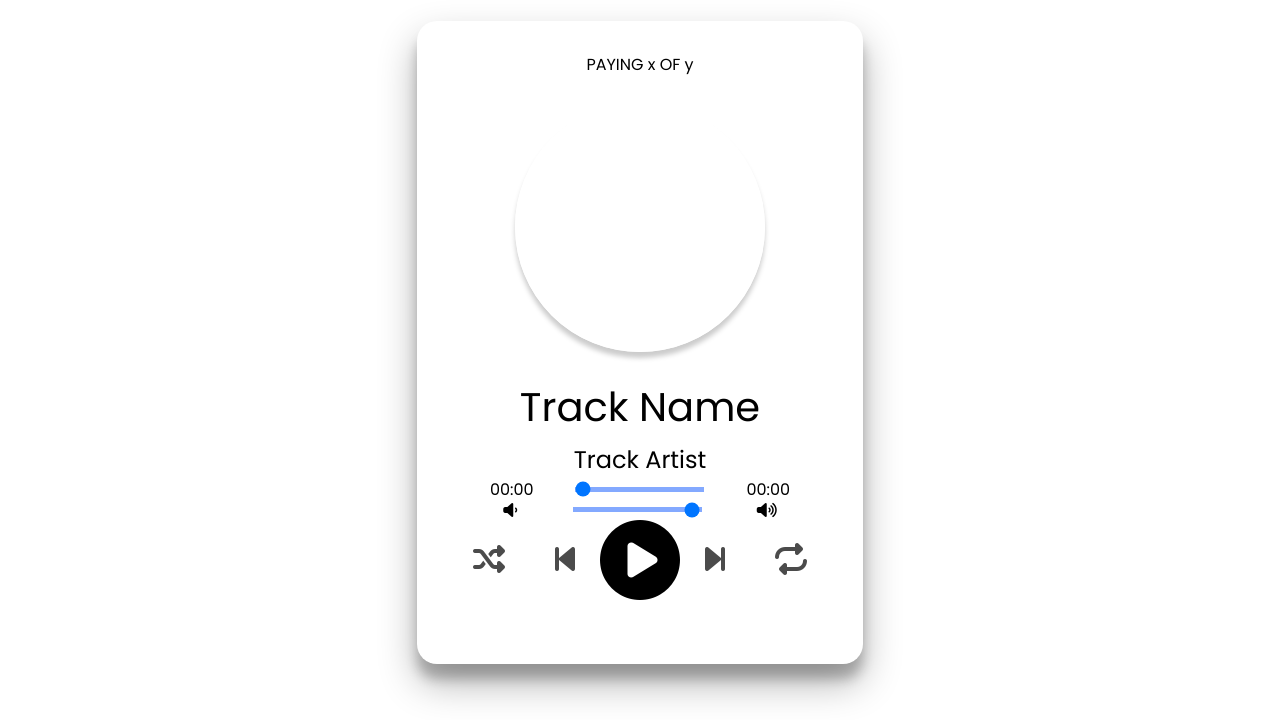
Repository: NguyenVietPhuQuy/Javascript-AudioPlayer
Page: index.html
An editor plug-in stored every save of this project. The page is shown before and after the next save, followed by the edit.
The browser window is 1280 px wide. The pictures show the whole page.

Above is the page before, as saved 2022-11-09 08:46:25.

### index.html
<!DOCTYPE html>
<html lang="en">
<head>
    <meta charset="UTF-8">
    <meta http-equiv="X-UA-Compatible" content="IE=edge">
    <meta name="viewport" content="width=device-width, initial-scale=1.0">
    <title>Music Player</title>
    <!--Font-Awesome-->
    <link rel="stylesheet" href="https://cdnjs.cloudflare.com/ajax/libs/font-awesome/6.2.0/css/all.min.css">
    <!--Css-->
    <link rel="stylesheet" href="index.css">
</head>
<body>
    <div class="player">
        <div class="wrapper">
            <div class="details">
                <div class="now-playing">PAYING x OF y</div>
                <div class="track-art"></div>
                <div class="track-name">Track Name</div>
                <div class="track-artist">Track Artist</div>
            </div>

            <div class="slider_container">
                <div class="current-time">00:00</div>
                <input type="range" min="1" max="100" value="0"
                class="seek_slider" onchange="seekTo()">
                <div class="total-duration">00:00</div>
            </div>

            <div class="slider_container">
                <i class="fa fa-volume-down"></i>
                <input type="range" min="1" max="100" value="99"
                class="volume_slider" onchange="setVolume()">
                <i class="fa fa-volume-up"></i>
            </div>

            <div class="buttons">
                <div class="random-track">
                    <i class="fas fa-random fa-2x" title="random"
                    onclick="randomTrack()"></i>
                </div>

                <div class="prev-track">
                    <i class="fas fa-step-backward fa-2x"
                    onclick="prevTrack()"></i>
                </div>

                <div class="playePause-track">
                    <i class="fas fa-play-circle fa-5x"
                    onclick="playPauseTrack()"></i>
                </div>

                <div class="next-track">
                    <i class="fas fa-step-forward fa-2x"
                    onclick="nextTrack()"></i>
                </div>

                <div class="repeat-track">
                    <i class="fas fa-repeat fa-2x" title="repeat"
                    onclick="repeatTrack()"></i>
                </div>
            </div>

            <div id="wave">
                <span class="stroke"></span>
                <span class="stroke"></span>
                <span class="stroke"></span>
                <span class="stroke"></span>
                <span class="stroke"></span>
                <span class="stroke"></span>
                <span class="stroke"></span>
            </div>
        </div>
    </div>
    <!--Main-->
    <script src="index.js"></script>
</body>
</html>

### index.css
/*Font Google and base*/
@import url('https://fonts.googleapis.com/css2?family=Poppins&display=swap');
*{
    font-family: 'Poppins',sans-serif;
    box-sizing: border-box;
    margin: 0 auto;
}
img{
    width: 100%;
}
/*Main*/
.player{
    height: 95vh;
    display: flex;
    align-items: center;
    flex-direction: column;
    justify-content: center;
}
.wrapper{
    border: 1px solid transparent;
    padding: 30px;
    border-radius: 20px;
    box-shadow: rgba(0, 0, 0, 0.3) 0 19px 38px, rgba(0, 0, 0, 0.22) 0 15px 12px
}
.details{
    display: flex;
    align-items: center;
    flex-direction: column;
    justify-content: center;
}
.track-art{
    margin: 25px;
    height: 250px;
    width: 250px;
    border: 2px solid #fff;
    background-size: cover;
    background-position: center;
    box-shadow: 0px 6px 5px #ccc;
    border-radius: 190px;
}
.now-playing {
    font-size: 1rem;
}
.track-name{
    font-size: 2.5rem;
}
.track-artist{
    margin-top: 5px;
    font-size: 1.5rem;
}
.buttons{
    display: flex;
    flex-direction: row;
    align-items: center;
    margin-bottom: 30px;
}
.active{
    color: black;
}
.repeat-track
,.random-track
,.playPause-track
,.prev-track
,.next-track{
    padding: 25px;
    opacity: 0.7;
    transition: opacity .2s;
}
.repeat-track:hover
,.random-track:hover
,.playPause-track:hover
,.prev-track:hover
,.next-track:hover{
    opacity: 1;
}
.slider_container{
    display: flex;
    justify-content: center;
    align-items: center;

}
.seek_slider,
.volume_slider{
    appearance: none;
    height: 5px;
    background-color: #83a9ff;
    margin: 0 0;
}

Loaded but not shown: index.js (no copy from this time; the picture is the same without it)

After the next save:
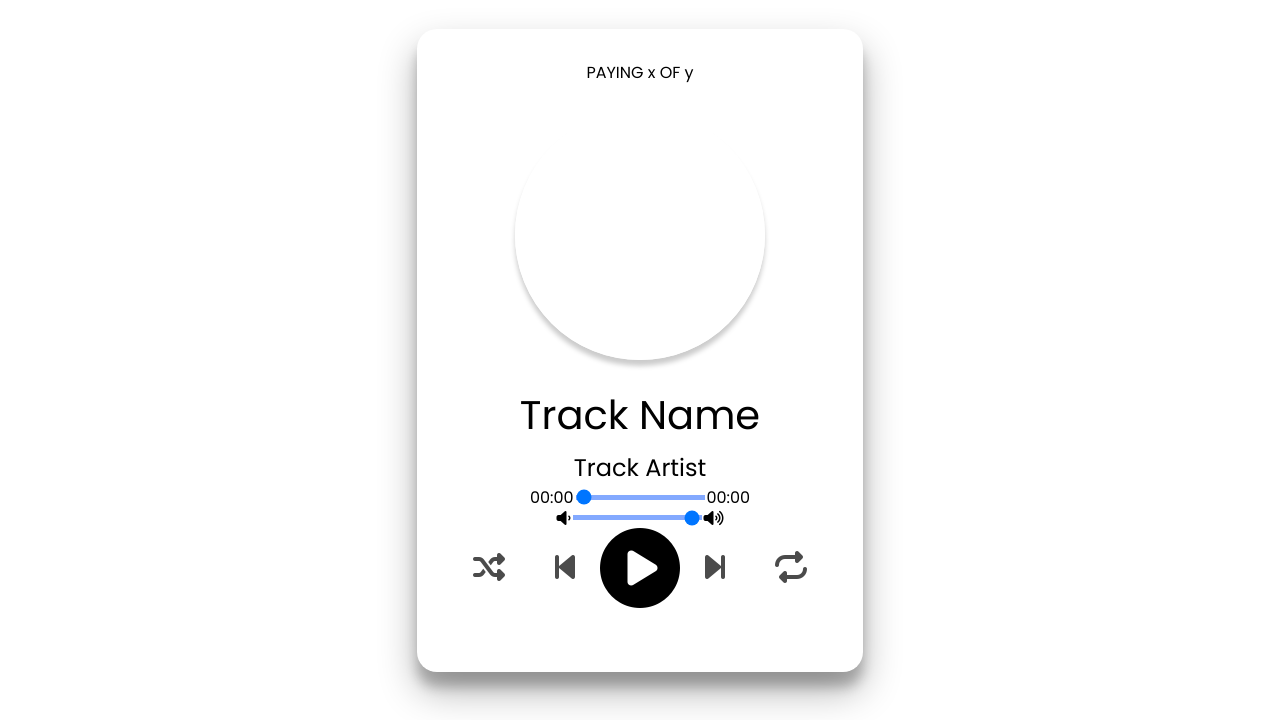
Saved 9 s later.
--- a/index.css
+++ b/index.css
@@ -3,7 +3,6 @@
 *{
     font-family: 'Poppins',sans-serif;
     box-sizing: border-box;
-    margin: 0 auto;
 }
 img{
     width: 100%;
@@ -84,5 +83,4 @@ img{
     appearance: none;
     height: 5px;
     background-color: #83a9ff;
-    margin: 0 0;
 }
